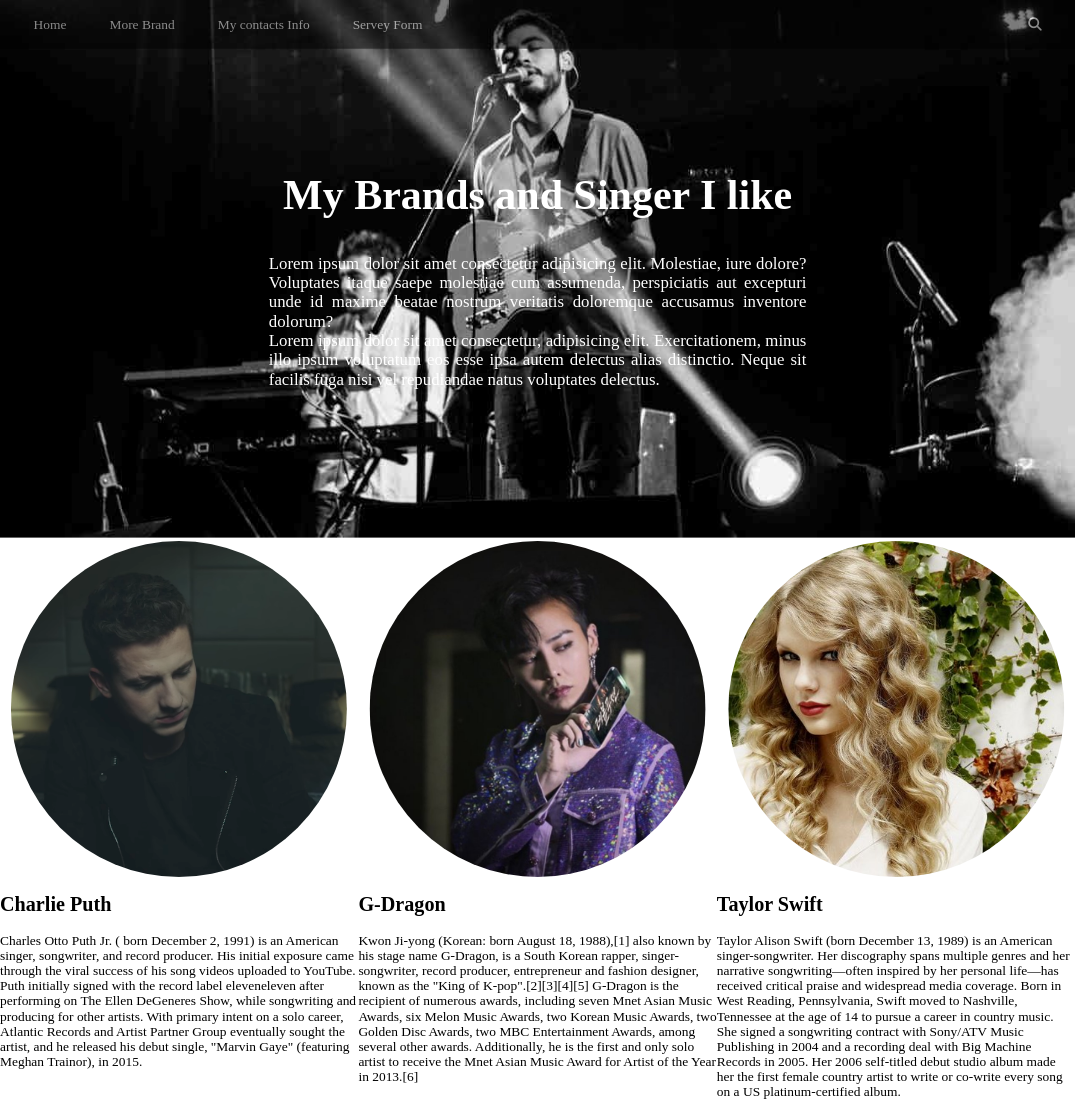
Repository: MinChea36/asm
Page: ASSM1.html
An editor plug-in stored every save of this project. The page is shown before and after the next save, followed by the edit.
The browser window is 1280 px wide. The pictures show the whole page, at 84% of full size.

Above is the page before, as saved 2022-09-22 22:30:30.

After the next save:
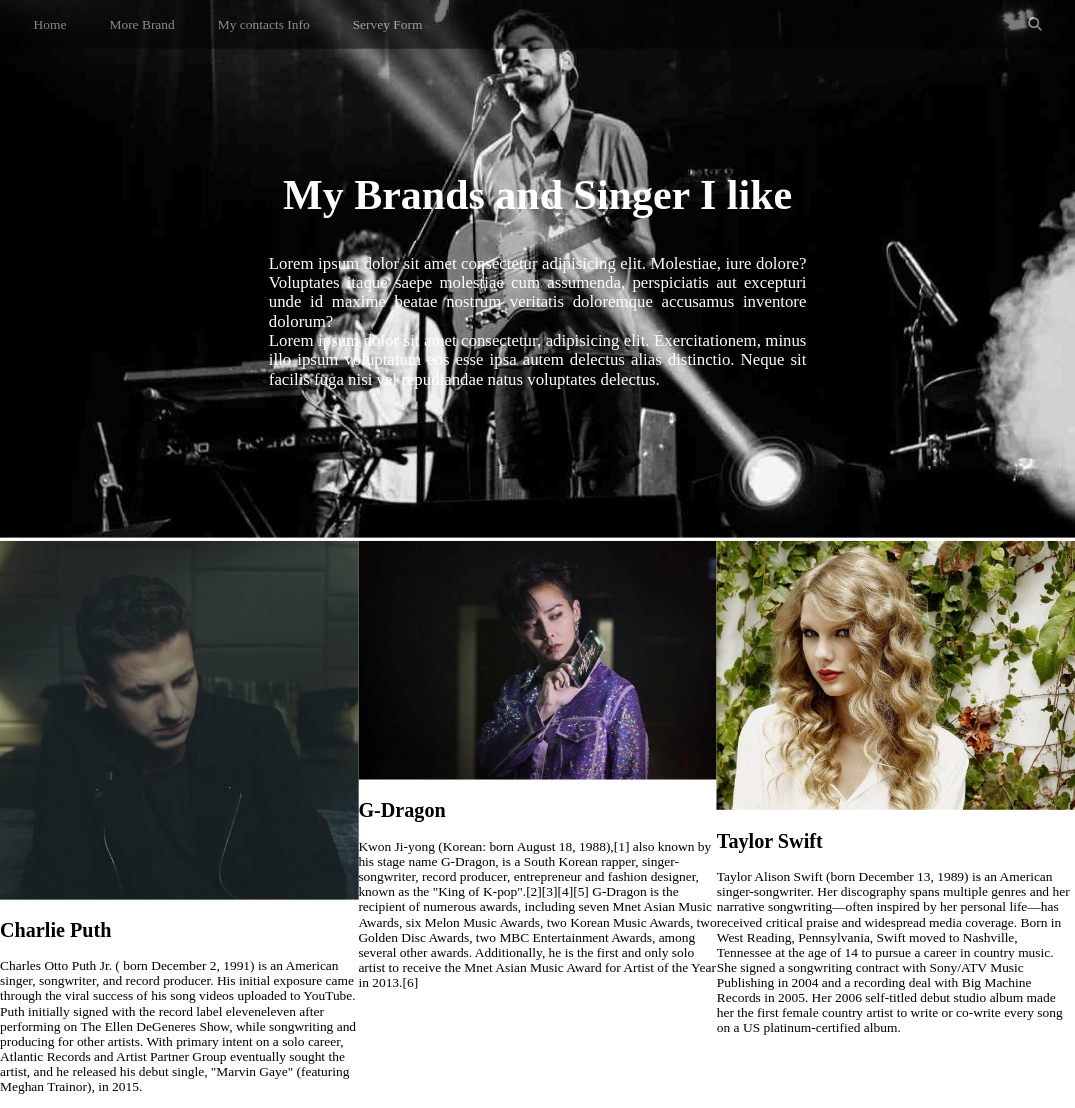
Saved 10 s later.
--- a/style.css
+++ b/style.css
@@ -50,7 +50,7 @@
     display: grid;
     grid-template-columns: repeat(3,1fr);
 }
-
+.sing
 .card-img {
     border-radius: 50%;
     width: 400px;

After the save that followed:
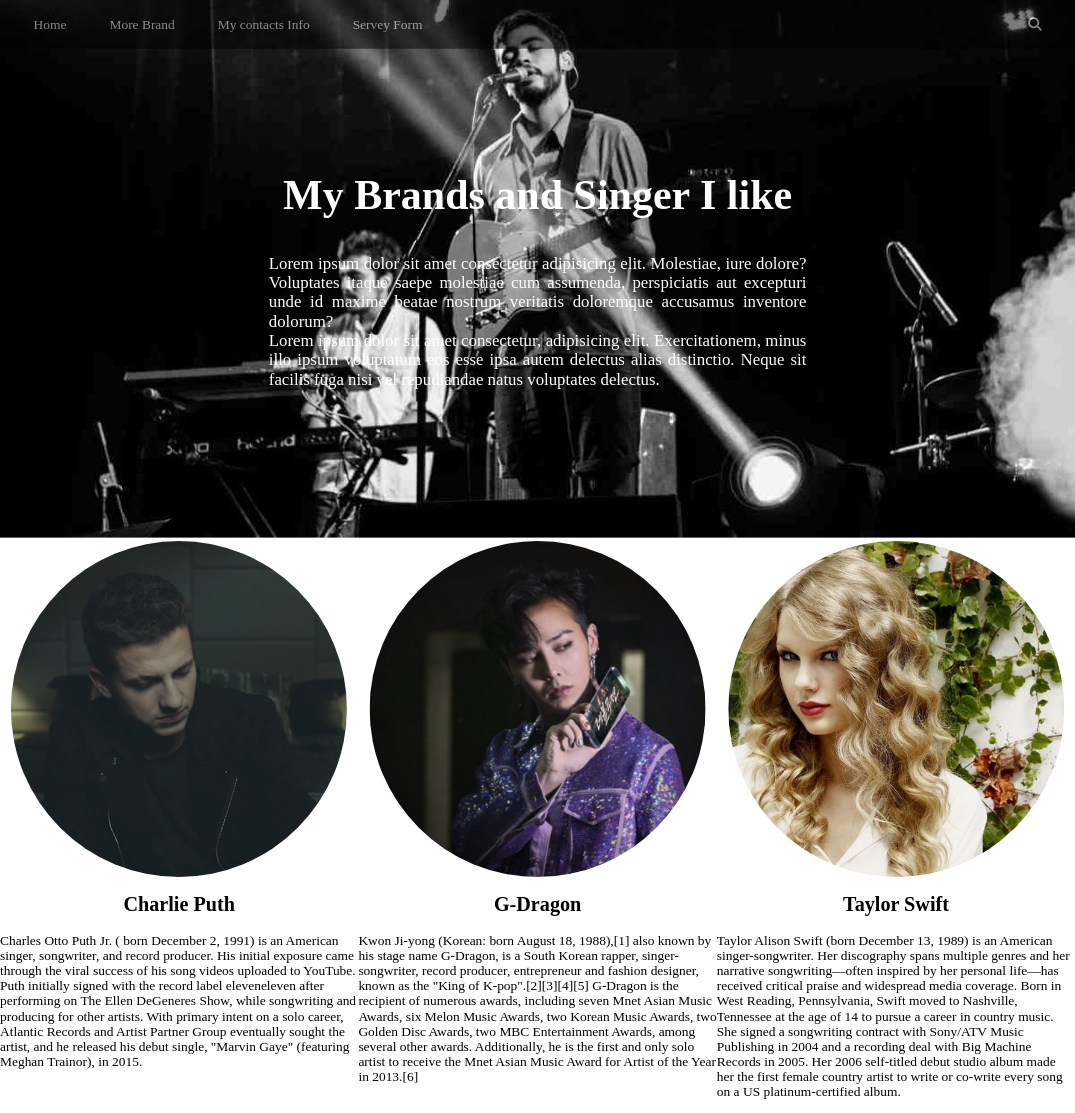
Saved 5 s later.
--- a/style.css
+++ b/style.css
@@ -50,7 +50,9 @@
     display: grid;
     grid-template-columns: repeat(3,1fr);
 }
-.sing
+.singers-text h2 {
+    text-align: center;
+}
 .card-img {
     border-radius: 50%;
     width: 400px;
